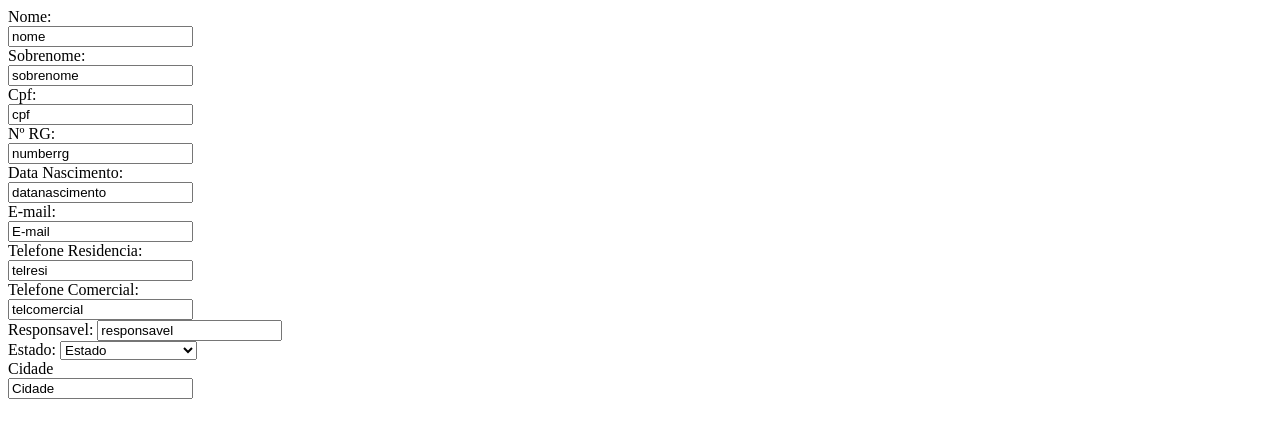
Repository: samaelsimoes/ong-cepe
Page: ong-cepe/WebContent/privado/formulario/pesfisica.html
An editor plug-in stored every save of this project. The page is shown before and after a run of saves, followed by the edit.
The browser window is 1280 px wide. The pictures show the whole page.

Above is the page before, as saved 2017-08-13 19:07:18.

### ong-cepe/WebContent/privado/formulario/pesfisica.html
 <div class="form-group row">

    <div class="col-xs-6 col-md-5">
        <label for="example-text-input" class="col-2 col-form-label">Nome:</label>

       <div class="col-10">
            <input class="form-control" type="text" value="nome" id="nome" placeholder="Nome">
        </div>
    </div>

    <div class="col-xs-6 col-md-5 coll-md-offset-2">

        <label for="example-text-input" class="col-2 col-form-label">Sobrenome:</label>

        <div class="col-10">
            <input class="form-control" type="text" value="sobrenome" id="sobrenome" placeholder="Sobrenome">
        </div>
    </div>
</div>

<div class="form-group row">
    <div class="col-xs-6 col-md-5">
        <label for="example-text-input" class="col-2 col-form-label">Cpf:</label>

       <div class="col-10">
            <input class="form-control" type="text" value="cpf" id="nome" placeholder="cpf">
        </div>
    </div>

    <div class="col-xs-6 col-md-5 coll-md-offset-2">

        <label for="example-text-input" class="col-2 col-form-label">Nº RG:</label>

        <div class="col-10">
            <input class="form-control" type="text" value="numberrg" id="sobrenome" placeholder="rg">
        </div>
    </div>
</div>

 <div class="form-group row">
    <div class="col-xs-6 col-md-5">
        <label for="example-text-input" class="col-2 col-form-label">Data Nascimento:</label>

       <div class="col-10">
            <input class="form-control" type="text" value="datanascimento" id="datanascimento" placeholder="cpf">
        </div>
    </div>
    <div class="col-xs-6 col-md-5 coll-md-offset-2">

        <label for="email" class="col-2 col-form-label">E-mail:</label>

        <div class="col-10">

            <input class="form-control" type="text" value="E-mail" id="email" placeholder="-Email">
        </div>
    </div>
</div>

 <div class="form-group row">
    <div class="col-xs-6 col-md-5">
        <label for="example-text-input" class="col-2 col-form-label">Telefone Residencia:</label>

       <div class="col-10">
            <input class="form-control" type="text" value="telresi" id="telresidenci" placeholder="Telefone Residencia">
        </div>
    </div>
    <div class="col-xs-6 col-md-5 coll-md-offset-2">

        <label for="telcomercial" class="col-2 col-form-label">Telefone Comercial:</label>

        <div class="col-10">

            <input class="form-control" type="text" value="telcomercial" id="telcomercial" placeholder="Telefone Comercial">
        </div>
    </div>
</div>

 <div class="form-group row">
    <div class="col-xs-6 col-md-10">

        <label for="responsavel" class="col-2 col-form-label">Responsavel:</label>

        <input class="form-control" type="text" value="responsavel" id="responsavel">
    </div>
</div>

 <div class="form-group row">
    <div class="col-xs-6 col-md-5">
		<label class="col-2 col-form-label" for="estado">Estado:</label>

		<select class="form-control" id="tipopessoa">

		    <option selected>Estado</option>
		    <option value="1">Selecione o Estado</option>
		</select>
    </div>
    <div class="col-xs-6 col-md-5 coll-md-offset-2">

        <label for="example-text-input" class="col-2 col-form-label">Cidade</label>

        <div class="col-10">

            <input class="form-control" type="text" value="Cidade" id="cidade" placeholder="rg">
        </div>
    </div>
</div>

After the next 3 saves:
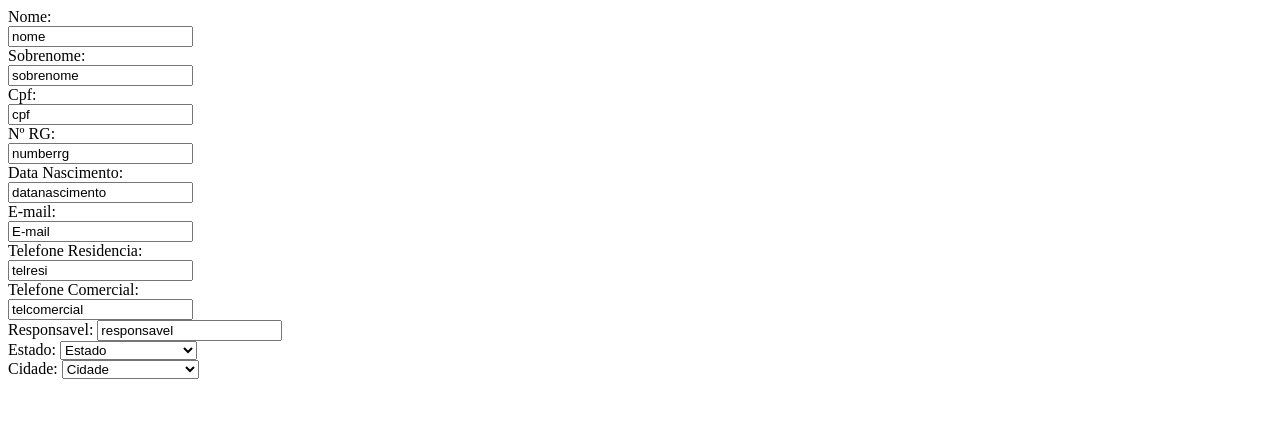
The 3 saves are shown as one change because they came seconds apart.
The last was saved 9 s later.
--- a/ong-cepe/WebContent/privado/formulario/pesfisica.html
+++ b/ong-cepe/WebContent/privado/formulario/pesfisica.html
@@ -96,11 +96,12 @@
     </div>
     <div class="col-xs-6 col-md-5 coll-md-offset-2">
 
-        <label for="example-text-input" class="col-2 col-form-label">Cidade</label>
+        <label class="col-2 col-form-label" for="estado">Cidade:</label>
 
-        <div class="col-10">
+		<select class="form-control" id="tipopessoa">
 
-            <input class="form-control" type="text" value="Cidade" id="cidade" placeholder="rg">
-        </div>
+		    <option selected>Cidade</option>
+		    <option value="1">Selecione o Estado</option>
+		</select>
     </div>
 </div>
